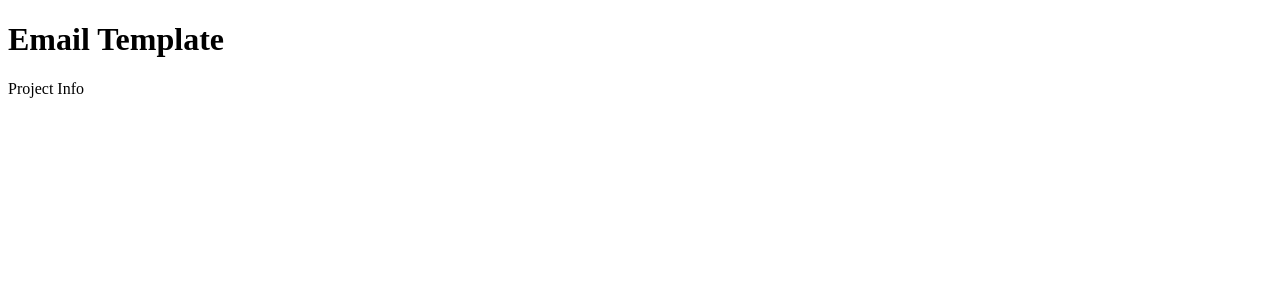
Repository: MikeeBuilds/email-template
Page: index.html
The author's editor kept a copy of each file at every save. The page is drawn from the files as they stood at one save, then again after the next save.
The browser window is 1280 px wide. The pictures show the whole page.

Above is the page before, as saved 2022-11-21 15:31:54.

### index.html
<!DOCTYPE html>
<html lang="en" xmlns="http://www.w3.org./1999/xhtml" xmlns:0="urn:schemas-microsoft-com:office:office">
<head>
    <meta charset="UTF-8">
    <meta http-equiv="X-UA-Compatible" content="IE=edge">
    <meta name="x-apple-disable-message-reformatting">
    <meta name="viewport" content="width=device-width, initial-scale=1.0">
    <link rel="stylesheet" href="styles.css">
    <title>Emal Template</title>
    <!--[if mso]>
        <noscript>
            <xml>
                <o:OfficeDocumentSettings>
                    <o:AllowPNG/>
                    <o:PixelsPerInch>96</o:PixelsPerInch>
                </o:OfficeDocumentSettings>
            </xml>
        <![endif]-->
</head>
<style>
    table, td, div, h1, p
</style>
<body>
    <h1>Email Template</h1>
    <p>Project Info</p>
</body>
</html>

Loaded but not shown: styles.css (no stored copy; drawn as an empty file)

After the next save:
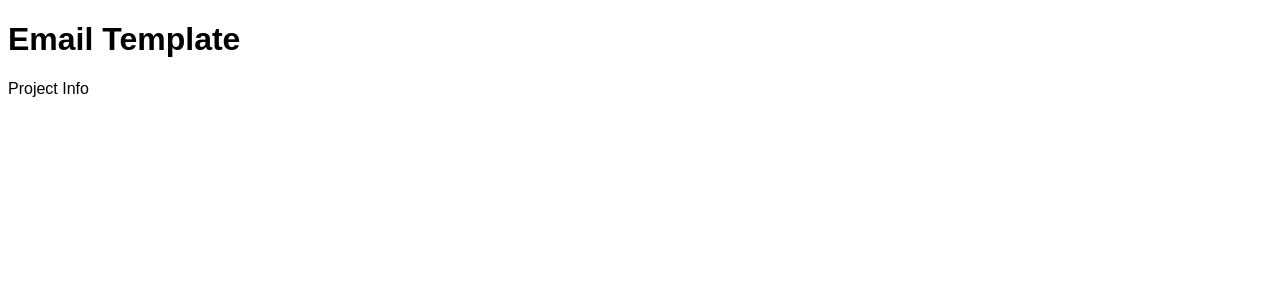
Saved 9 s later.
--- a/index.html
+++ b/index.html
@@ -18,7 +18,9 @@
         <![endif]-->
 </head>
 <style>
-    table, td, div, h1, p
+    table, td, div, h1, p {
+        font-family: Arial, sans-serif;
+    }
 </style>
 <body>
     <h1>Email Template</h1>
